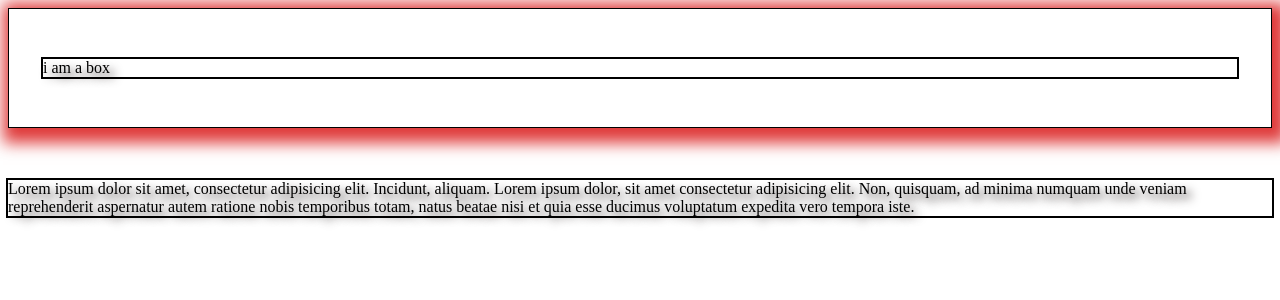
Repository: diensy/Web_dev
Page: Css/Shadows/shadow.html
An editor plug-in stored every save of this project. The page is shown before and after the next save, followed by the edit.
The browser window is 1280 px wide. The pictures show the whole page.

Above is the page before, as saved 2024-05-25 22:40:16.

After the next save:
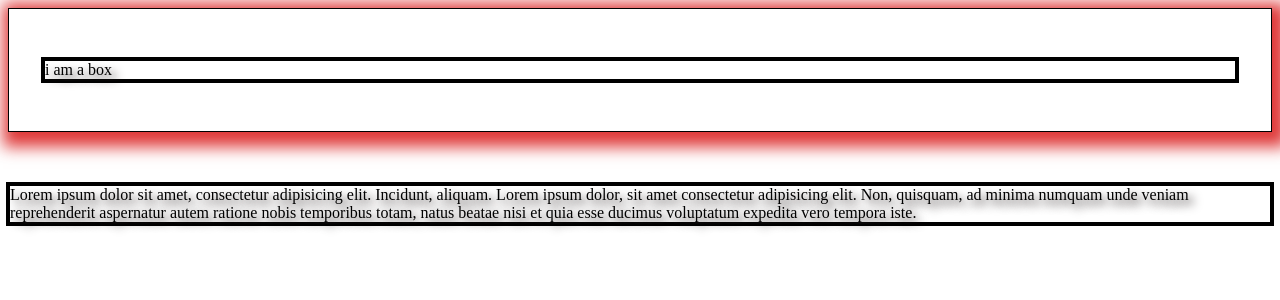
Saved 8 s later.
--- a/Css/Shadows/shadow.css
+++ b/Css/Shadows/shadow.css
@@ -6,5 +6,5 @@
 p{
     text-shadow: 5px 5px 10px #312a2a;
     outline: 2px solid black;
-
+    border: 2px solid ;
 }

After the save that followed:
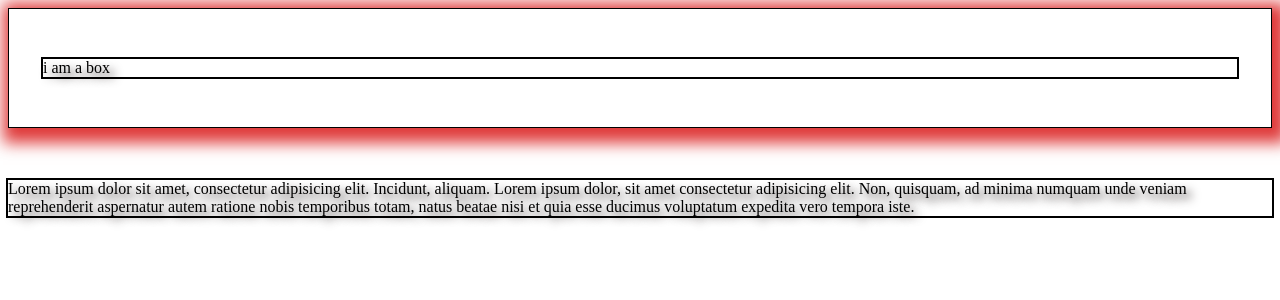
Saved 4 s later.
--- a/Css/Shadows/shadow.css
+++ b/Css/Shadows/shadow.css
@@ -6,5 +6,5 @@
 p{
     text-shadow: 5px 5px 10px #312a2a;
     outline: 2px solid black;
-    border: 2px solid ;
+    border: 2px solid greem;
 }
